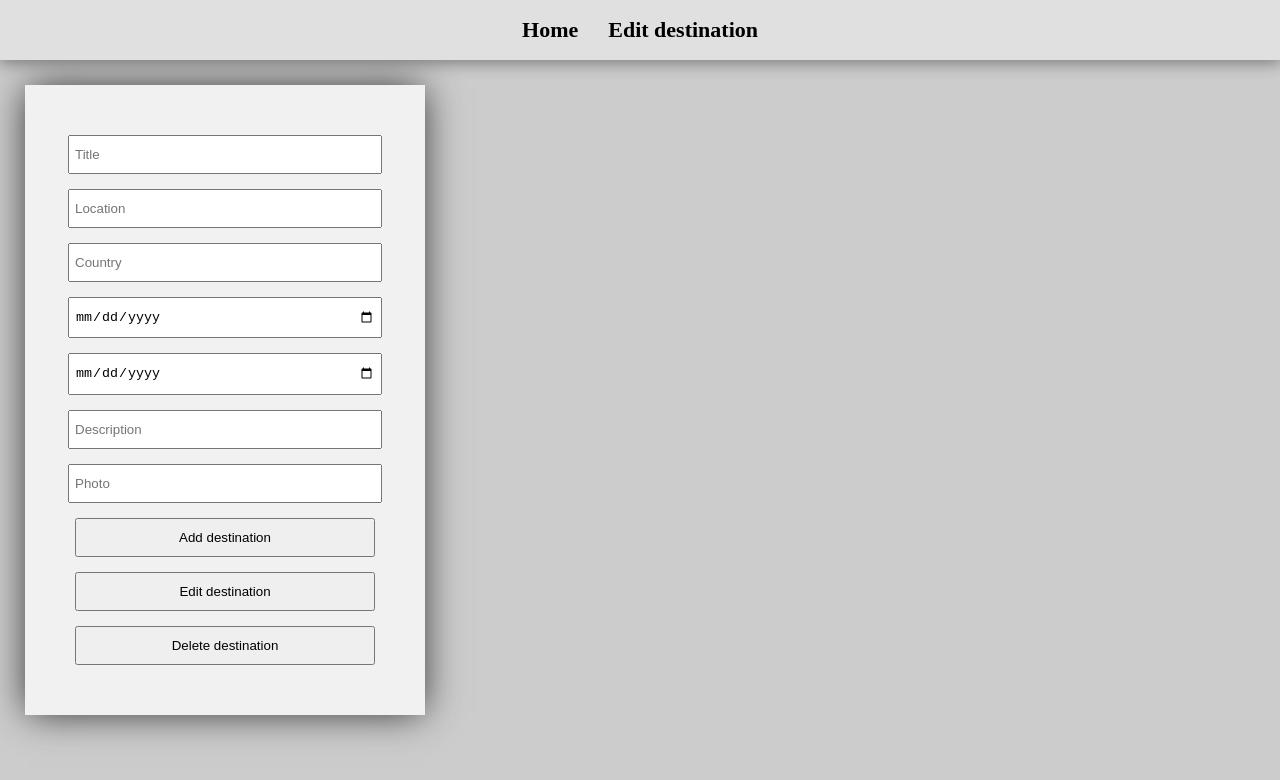
Repository: Marko2353/Travel-Destinations
Page: public/create.html
An editor plug-in stored every save of this project. The page is shown before and after the next save, followed by the edit.
The browser window is 1280 px wide. The pictures show the whole page.
The page's requests for data from a server got no answer.

Above is the page before, as saved 2022-10-14 11:17:25.

After the next save:
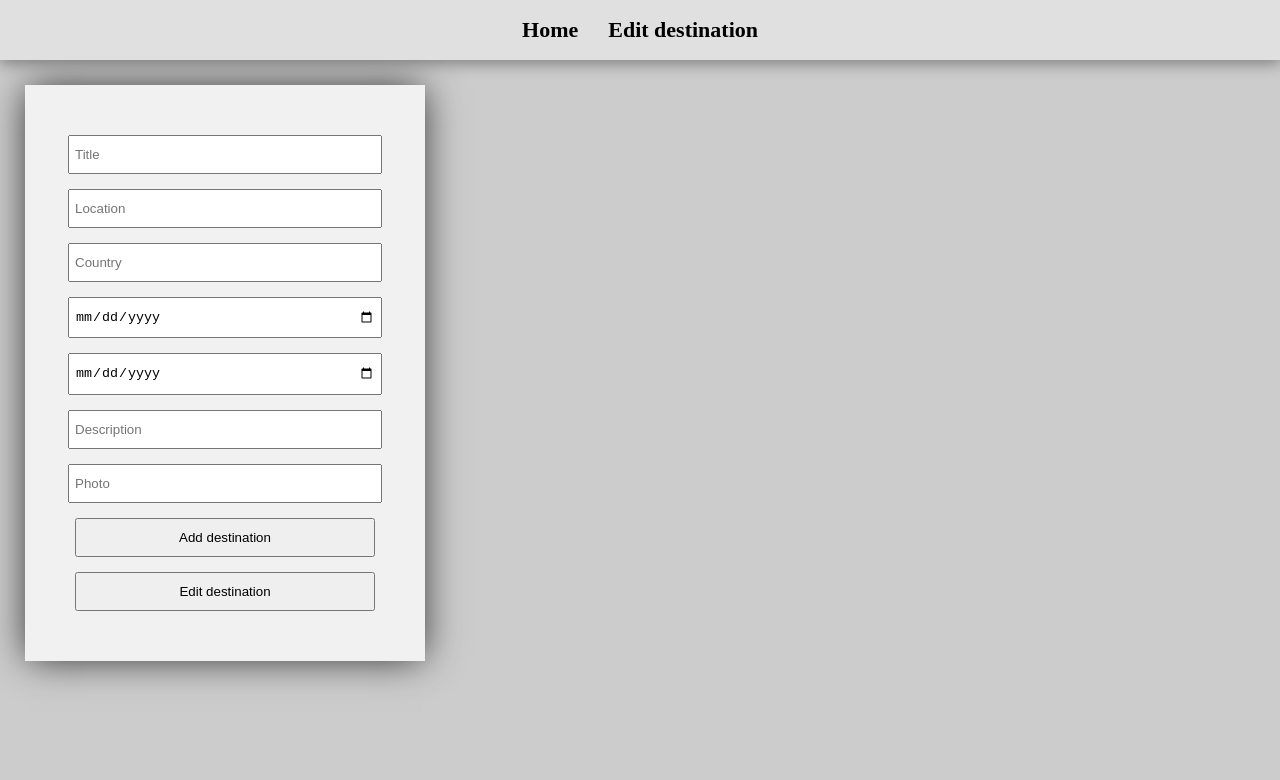
Saved 7 s later.
--- a/public/create.html
+++ b/public/create.html
@@ -21,12 +21,11 @@
         <input placeholder="Location" type="text" name="location" required>
         <input placeholder="Country" type="text" name="country" required>
         <input placeholder="Date From" type="date" name="dateFrom" id="" required>
-        <input placeholder="Date To" type="date" name="dateTo" id=""required>
-        <input placeholder="Description" type="text" name="description"required>
+        <input placeholder="Date To" type="date" name="dateTo" id="" required>
+        <input placeholder="Description" type="text" name="description" required>
         <input placeholder="Photo" type="type" name="photo">
         <input type="submit" value="Add destination">
         <input type="submit" value="Edit destination">
-        <input type="submit" id="delete-btn" name="delete" value="Delete destination">
       </form>
     </div>
 
